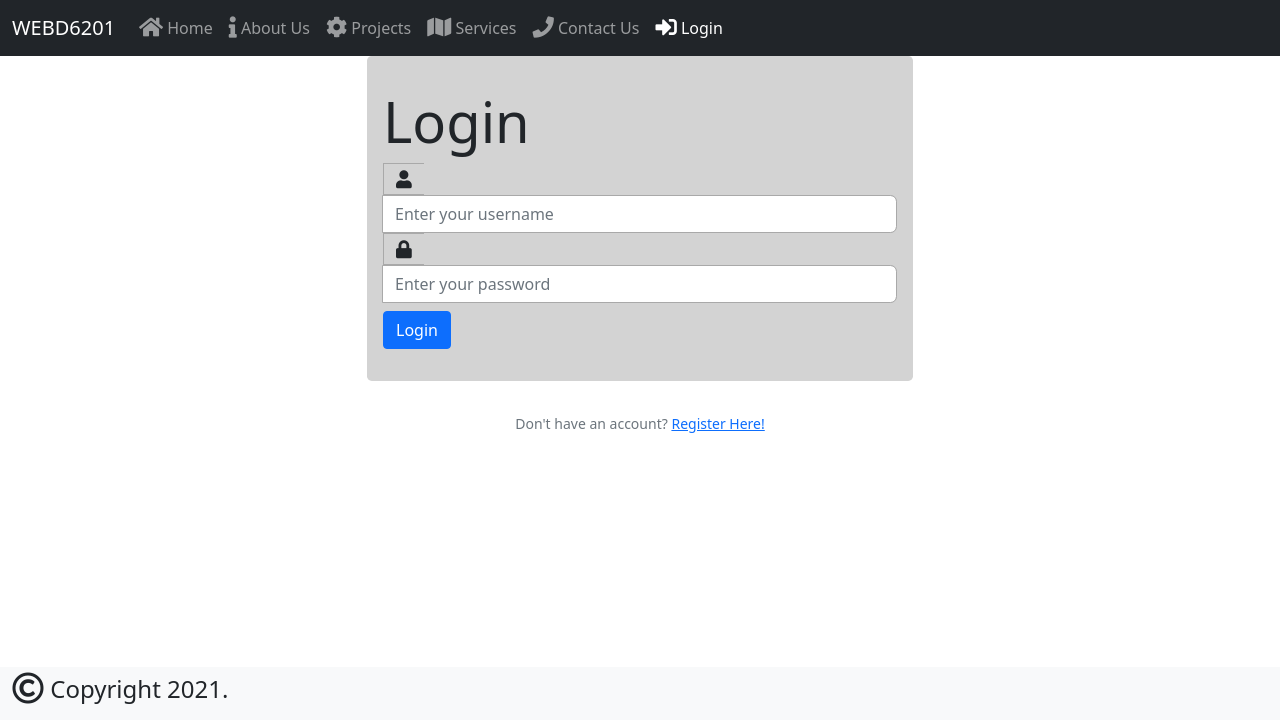
Repository: GarlicButterBoy/WEBD6201-ICE05
Page: login.html
An editor plug-in stored every save of this project. The page is shown before and after the next save, followed by the edit.
The browser window is 1280 px wide. The pictures show the whole page.

Above is the page before, as saved 2021-02-18 08:14:15.

After the next save:
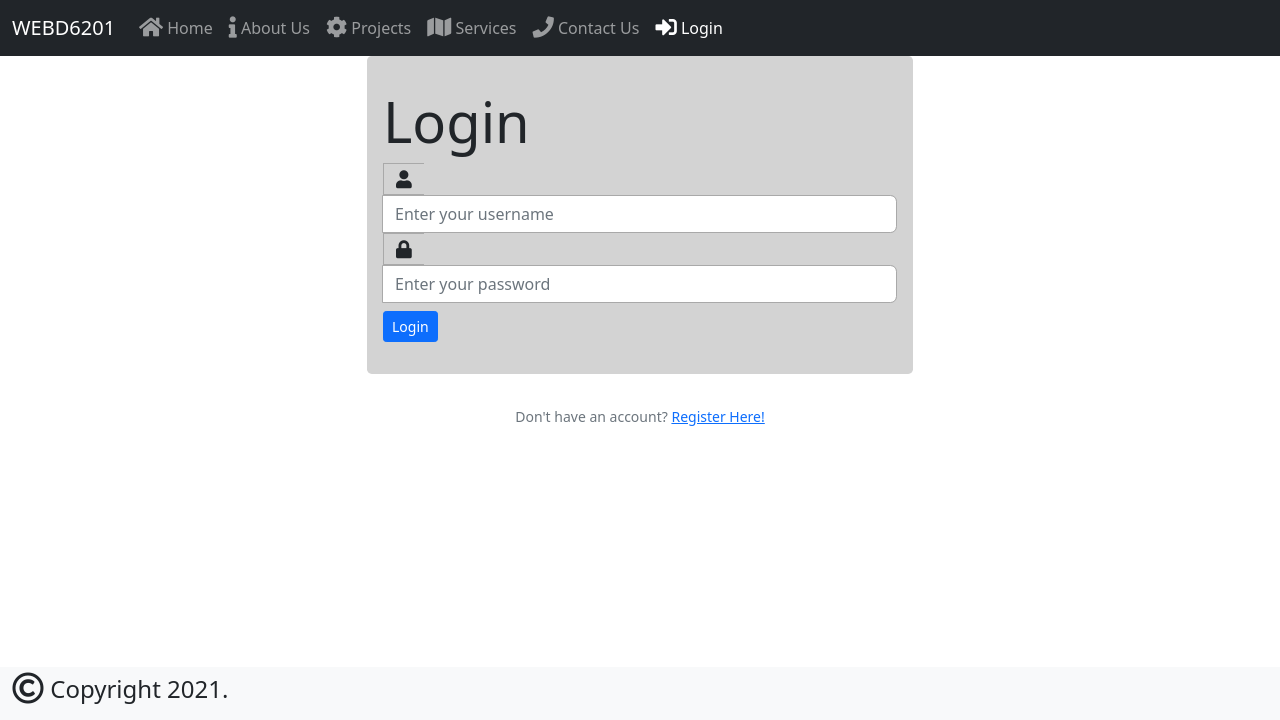
Saved 6 s later.
--- a/login.html
+++ b/login.html
@@ -81,7 +81,7 @@
 
                       </div>
                       <div class="text-right">
-                        <button id="submitButton" type="submit" class="btn btn-primary btn-md">Login</button>
+                        <button id="submitButton" type="submit" class="btn btn-primary btn-sm">Login</button>
                       </div>
                     </form>
 
